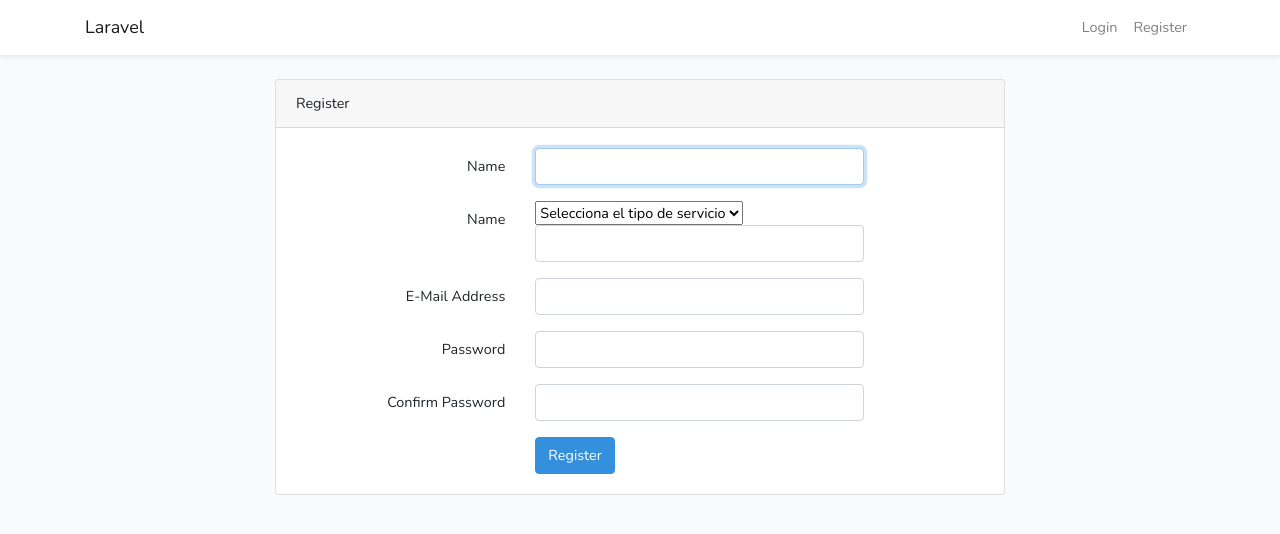
Repository: agrimald2/fixogo
Page: http://localhost/register
An editor plug-in stored every save of this project. The page is shown before and after a run of saves, followed by the edit.
The browser window is 1280 px wide. The pictures show the whole page.
The page is served by the project's Laravel application, run on PHP 8.4 with Laravel 8. Other server files are loaded and not shown.

Above is the page before, as saved 2020-09-15 23:33:01.

### routes/web.php
<?php

use Illuminate\Support\Facades\Route;

/*
|--------------------------------------------------------------------------
| Web Routes
|--------------------------------------------------------------------------
|
| Here is where you can register web routes for your application. These
| routes are loaded by the RouteServiceProvider within a group which
| contains the "web" middleware group. Now create something great!
|
*/

Route::get('/', function () {
    return view('welcome');
});

Route::post('/', 'SolicitudController@create')->name('solicitudes.crear');

Auth::routes();

Route::get('/home', 'HomeController@index')->name('home');

### resources/views/auth/register.blade.php
@extends('layouts.app')

@section('content')
<div class="container">
    <div class="row justify-content-center">
        <div class="col-md-8">
            <div class="card">
                <div class="card-header">{{ __('Register') }}</div>

                <div class="card-body">
                    <form method="POST" action="{{ route('register') }}">
                        @csrf

                        <div class="form-group row">
                            <label for="name" class="col-md-4 col-form-label text-md-right">{{ __('Name') }}</label>

                            <div class="col-md-6">
                                <input id="name" type="text" class="form-control @error('name') is-invalid @enderror" name="name" value="{{ old('name') }}" required autocomplete="name" autofocus>

                                @error('name')
                                    <span class="invalid-feedback" role="alert">
                                        <strong>{{ $message }}</strong>
                                    </span>
                                @enderror
                            </div>
                        </div>
                        <div class="form-group row">
                            <label for="role" class="col-md-4 col-form-label text-md-right">{{ __('Name') }}</label>

                            <div class="col-md-6">
                            <select class="form-control-select" id="role" name="role" required>
                                <option class="select-option" value="" disabled selected>Selecciona el tipo de servicio</option>
                                <option class="select-option" value="gasfiteria">Gasfitería</option>
                                <option class="select-option" value="limpieza">Limpieza</option>
                            </select>
                                <input id="role" type="text" class="form-control @error('name') is-invalid @enderror" name="role" value="{{ old('role') }}" required autocomplete="role" autofocus>
                                @error('role')
                                    <span class="invalid-feedback" role="alert">
                                        <strong>{{ $message }}</strong>
                                    </span>
                                @enderror
                            </div>
                        </div>
                        <div class="form-group row">
                            <label for="email" class="col-md-4 col-form-label text-md-right">{{ __('E-Mail Address') }}</label>

                            <div class="col-md-6">
                                <input id="email" type="email" class="form-control @error('email') is-invalid @enderror" name="email" value="{{ old('email') }}" required autocomplete="email">

                                @error('email')
                                    <span class="invalid-feedback" role="alert">
                                        <strong>{{ $message }}</strong>
                                    </span>
                                @enderror
                            </div>
                        </div>

                        <div class="form-group row">
                            <label for="password" class="col-md-4 col-form-label text-md-right">{{ __('Password') }}</label>

                            <div class="col-md-6">
                                <input id="password" type="password" class="form-control @error('password') is-invalid @enderror" name="password" required autocomplete="new-password">

                                @error('password')
                                    <span class="invalid-feedback" role="alert">
                                        <strong>{{ $message }}</strong>
                                    </span>
                                @enderror
                            </div>
                        </div>

                        <div class="form-group row">
                            <label for="password-confirm" class="col-md-4 col-form-label text-md-right">{{ __('Confirm Password') }}</label>

                            <div class="col-md-6">
                                <input id="password-confirm" type="password" class="form-control" name="password_confirmation" required autocomplete="new-password">
                            </div>
                        </div>

                        <div class="form-group row mb-0">
                            <div class="col-md-6 offset-md-4">
                                <button type="submit" class="btn btn-primary">
                                    {{ __('Register') }}
                                </button>
                            </div>
                        </div>
                    </form>
                </div>
            </div>
        </div>
    </div>
</div>
@endsection

Loaded but not shown: app/Http/Controllers/Auth/LoginController.php (common file); app/Http/Controllers/Controller.php (common file); app/Http/Controllers/Auth/ConfirmPasswordController.php (common file); app/Http/Controllers/Auth/RegisterController.php (common file); resources/views/layouts/app.blade.php (common file); public/css/app.css (library)

After the next 2 saves:
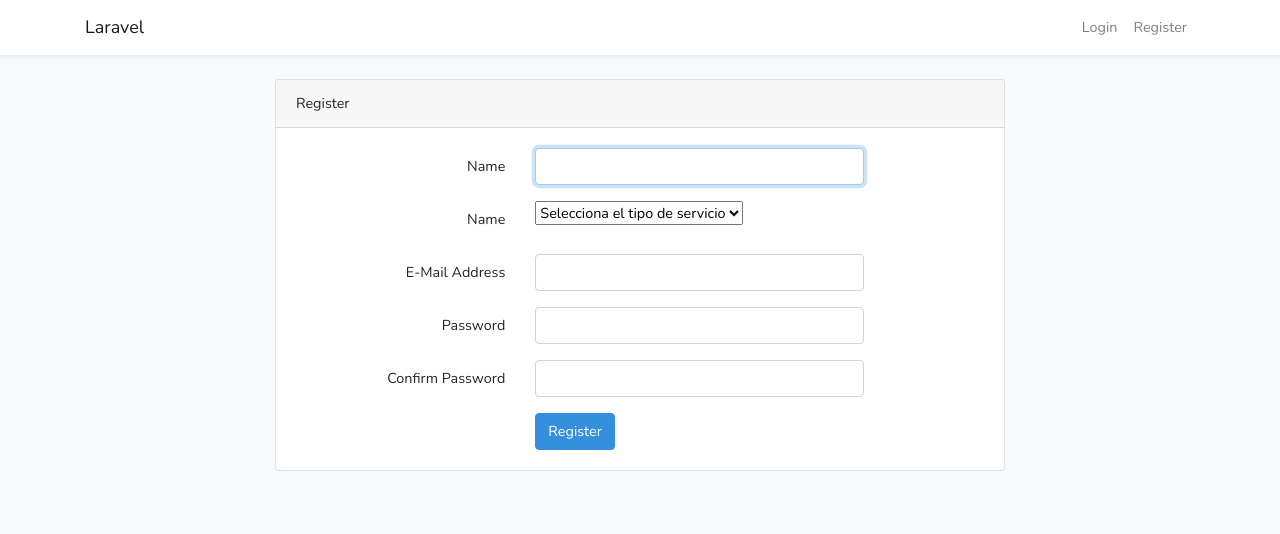
The 2 saves are shown as one change because they came seconds apart.
The last was saved 12 s later.
--- a/resources/views/auth/register.blade.php
+++ b/resources/views/auth/register.blade.php
@@ -28,17 +28,11 @@
                             <label for="role" class="col-md-4 col-form-label text-md-right">{{ __('Name') }}</label>
 
                             <div class="col-md-6">
-                            <select class="form-control-select" id="role" name="role" required>
-                                <option class="select-option" value="" disabled selected>Selecciona el tipo de servicio</option>
-                                <option class="select-option" value="gasfiteria">Gasfitería</option>
-                                <option class="select-option" value="limpieza">Limpieza</option>
-                            </select>
-                                <input id="role" type="text" class="form-control @error('name') is-invalid @enderror" name="role" value="{{ old('role') }}" required autocomplete="role" autofocus>
-                                @error('role')
-                                    <span class="invalid-feedback" role="alert">
-                                        <strong>{{ $message }}</strong>
-                                    </span>
-                                @enderror
+                                <select class="form-control-select" id="role" name="role" required>
+                                    <option class="select-option" value="" disabled selected>Selecciona el tipo de servicio</option>
+                                    <option class="select-option" value="gasfiteria">Gasfitería</option>
+                                    <option class="select-option" value="limpieza">Limpieza</option>
+                                </select>
                             </div>
                         </div>
                         <div class="form-group row">
